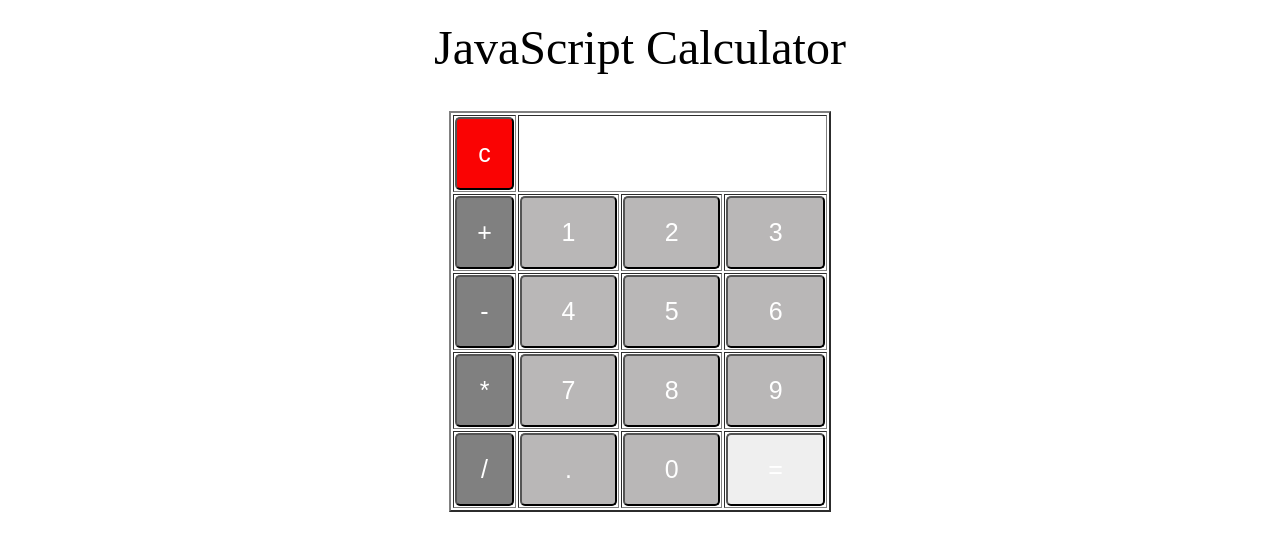
Repository: spidero7/Simple-Calculator
Page: index.html
These files come from the project's save history. The page is drawn as it stood at one moment and after a run of saves; the edit follows.
The browser window is 1280 px wide. The pictures show the whole page.

Above is the page before, as saved 2021-09-15 08:41:29.

### index.html
<!DOCTYPE html>
<html lang="en">
<head>
    <meta charset="UTF-8">
    <meta http-equiv="X-UA-Compatible" content="IE=edge">
    <meta name="viewport" content="width=device-width, initial-scale=1.0">
    <title>Calculator</title>
    <link rel="stylesheet" href="style.css">
</head>
<body>
        <div class="title">JavaScript Calculator</div>
        <div class="calculator-container">
            <table border="2">
                <tr>
                    <td><input type="button" value="c" onclick="clr()"/></td>
                    <td colspan="3"><input type="text" id="textval"/></td>
                </tr>
                <tr>
                    <td><input type="button" value="+" class="action" onclick="display('+')"/></td>
                    <td><input type="button" value="1" class="numbers" onclick="display('1')"/></td>
                    <td><input type="button" value="2" class="numbers" onclick="display('2')"/></td>
                    <td><input type="button" value="3" class="numbers" onclick="display('3')"/></td>
                </tr>
                <tr>
                    <td><input type="button" value="-" class="action" onclick="display('-')"/></td>
                    <td><input type="button" value="4" class="numbers" onclick="display('4')"/></td>
                    <td><input type="button" value="5" class="numbers" onclick="display('5')"/></td>
                    <td><input type="button" value="6" class="numbers" onclick="display('6')"/></td>
                </tr>
                <tr>
                    <td><input type="button" value="*" class="action" onclick="display('*')"/></td>
                    <td><input type="button" value="7" class="numbers" onclick="display('7')"/></td>
                    <td><input type="button" value="8" class="numbers" onclick="display('8')"/></td>
                    <td><input type="button" value="9" class="numbers" onclick="display('9')"/></td>
                </tr>
                <tr>
                    <td><input type="button" value="/" class="action" onclick="display('/')"/></td>
                    <td><input type="button" value="." class="numbers" onclick="display('.')"/></td>
                    <td><input type="button" value="0" class="numbers" onclick="display('0')"/></td>
                    <td><input type="button" value="=" class="equals" onclick="equals()"/></td>
                </tr>
            </table>
        </div>
    <script src="app.js"></script>
</body>
</html>

### style.css
* {
    box-sizing: border-box;
}

body {
    margin: 0;
    padding: 0;
}

.calculator-container {
    display: flex;
    justify-content: center;
    align-items: center;
    width: 100vw;
    height: 60vh;
}

.title {
    display: flex;
    text-align: center;
    margin: 20px;
    font-size: 3rem;
    justify-content: center;
}


input[type="button"] {
    color: white;
    border-radius: 5px;
    border-color: black;
    width: 100%;
    padding: 20px;
    font-size: 25px;
    cursor: pointer;
}

input[type="text"] {
    text-align: right;
    background-color: none;
    color: black;
    border: none;
    width: 100%;
    padding: 20px;
    font-size: 20px;
}

input[value="c"] {
    background-color: rgb(250, 3, 3);
}

.action {
    background-color: grey;
}

.numbers {
    background-color: rgb(185, 183, 183);
}

.equals,  {
    background-color: rgb(255, 123, 0);
}

### app.js
function display(val) {
    document.getElementById("textval").value+=val
}

function equals() {
    let x = document.getElementById("textval").value
    let y = eval(x)
    document.getElementById('textval').value = y
}

function clr() {
    document.getElementById('textval').value = ""
}

After the next 2 saves:
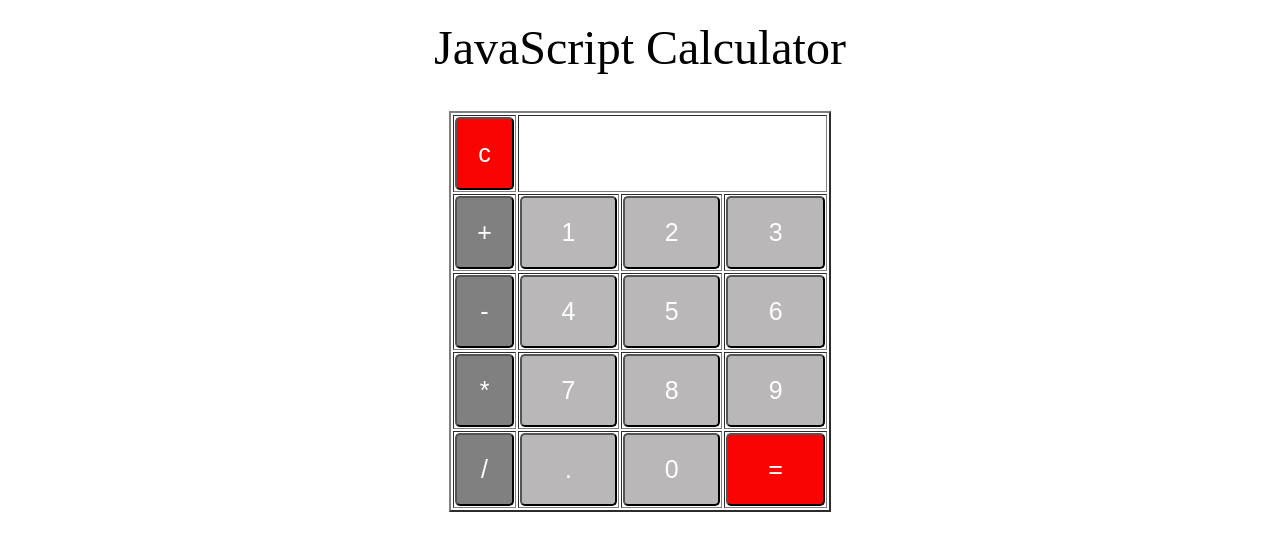
The 2 saves are shown as one change because they came seconds apart.
The last was saved 10 s later.
--- a/style.css
+++ b/style.css
@@ -44,7 +44,7 @@ input[type="text"] {
     font-size: 20px;
 }
 
-input[value="c"] {
+input[value="c"], .equals {
     background-color: rgb(250, 3, 3);
 }
 
